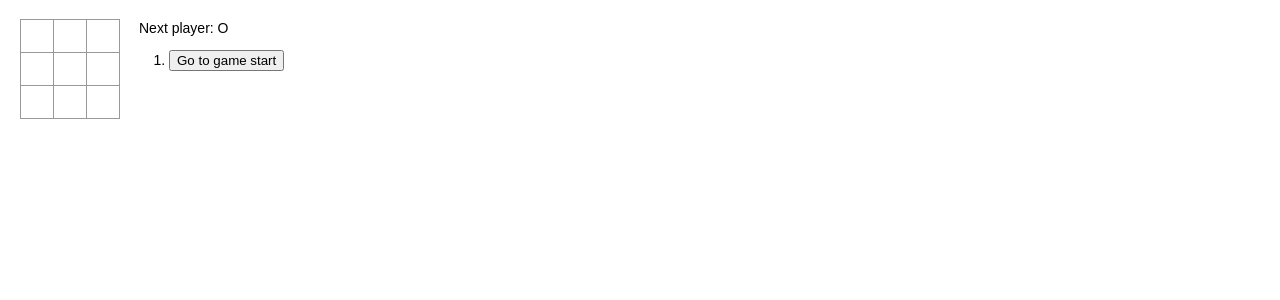
Repository: yshong211/tic-tac-toe-0708
Page: /
These files come from the project's save history. The page is drawn as it stood at one moment and after the next save; the edit follows.
The browser window is 1280 px wide. The pictures show the whole page.
The project was rebuilt for these pictures with package versions that can differ from the ones it lists, and the page was loaded fresh each time.

Above is the page before, as saved 2020-06-28 13:35:17.

### src/index.js
import React from 'react';
import ReactDOM from 'react-dom';
import './index.css';

function Square(props) {
  // gets value and onClick from renderSquare
  return (
    <button className = "square" onClick = {props.onClick}>
      {props.value}
    </button>
    );
}

  class Board extends React.Component {
    renderSquare(i) {
      // value and onclick transfers to component Square
      return(
        <Square
          // this.props.attr gets the val from <Board attr= >
          value={this.props.squares[i]} // got val from {current.squares}
          onClick={() => this.props.onClick(i)} // got val from {i => this.handleClick(i)}
        />
      );
    }
    create_row(start) { // creates row length of 3, var start is the starting index
      return (
        <div className="board-row">
          {this.renderSquare(start)}
          {this.renderSquare(start+1)}
          {this.renderSquare(start+2)}
        </div>)
    }
    render() { // renders 9 squares
      return (
        <div>
          {this.create_row(0)} {/* creates the first row */}
          {this.create_row(3)} {/* creates the second row */}
          {this.create_row(6)} {/* creates the third row */}
        </div>
      );
    }
  }
  // renders the game display
  class Game extends React.Component {
    constructor(props) { // constructs with vals
      super(props); // constructor starts with super(), able to use functions in Board
                    // call super when defining the constructor of a subclass
      this.state = {
        history: [ // [{squares:[Array(9).fill(null)]}]
          {
            squares: Array(9).fill(null)
          }
        ],
        stepNumber: 0, // count var
        xIsNext: Math.random() < 0.5 // made random for which player goes first (50% each)
      };
    }
    handleClick(i) {
      const history = this.state.history.slice(0, this.state.stepNumber + 1);
      const current = history[history.length - 1]; // current history
      const squares = current.squares.slice(); // copying array using .slice() because of immutability
      if (calculateWinner(squares) || squares[i]) { // ends the game
        return;
      }
      squares[i] = this.state.xIsNext ? 'X' : 'O';
      this.setState({
        history: history.concat([{ // concatenates {squares: array(9)} inside history array
          squares: squares
        }]),
        stepNumber: history.length,
        xIsNext: !this.state.xIsNext // changes to opponent
      });
    }
    jumpTo(step) {
      this.setState({
        stepNumber: step,
        xIsNext: (step % 2) === 0 // changes turn
      });
    }
    render() {
      const history = this.state.history;
      const current = history[this.state.stepNumber];
      const winner = calculateWinner(current.squares);

      const moves = history.map((step, move) => {
        const desc = move ? // creates the text inside each button for tracking
          'Go to move #' + move :
          'Go to game start';
        return (
          <li key={move}>
            <button onClick={() => this.jumpTo(move)}>{desc}</button>
          </li>
        );

      });
      let status;
      winner ? status = 'Winner: ' + winner :
      status = 'Next player: ' + (this.state.xIsNext ? 'X' : 'O');

      return (
        <div className="game">
          <div className="game-board">
            <Board // exports the values of attr to Board component
              squares={current.squares}
              onClick={i => this.handleClick(i)}
            />
          </div>
          <div className="game-info">
            <div>{status}</div>
            <ol>{moves}</ol>
          </div>
        </div>
      );
    }
  }

  // ========================================

  // renders the game component to element
  ReactDOM.render(
    <Game />, // goes inside of the the second parameter;
    document.getElementById('root') // returns <div id = "root"></div>
  );

  function calculateWinner(squares) {
    const lines = [ // Contains all the possible way of winning
      [0, 1, 2],
      [3, 4, 5],
      [6, 7, 8],
      [0, 3, 6],
      [1, 4, 7],
      [2, 5, 8],
      [0, 4, 8],
      [2, 4, 6],
    ];

    for (let i = 0; i < lines.length; i++) {
      const [a, b, c] = lines[i];
      if (squares[a] && squares[a] === squares[b] && squares[a] === squares[c]) {
        return squares[a];
    }}

    return null;
  }

### src/index.css
body {
    font: 14px "Century Gothic", Futura, sans-serif; /* size, 글꼴들 */
    margin: 20px; /* space outside of border */
  }

  ol, ul {
    padding-left: 30px; /* space b/t left border to content */
  }

  .board-row:after {
    clear: both;
    content: "";
    display: table;
  }

  .status {
    margin-bottom: 10px; /* 밑에 여백 */
  }

  .square {
    background: #fff;
    border: 1px solid #999;
    float: left;
    font-size: 24px;
    font-weight: bold;
    line-height: 34px;
    height: 34px;
    margin-right: -1px;
    margin-top: -1px;
    padding: 0;
    text-align: center; /* text in the middle */
    width: 34px;
  }

  .square:focus {
    outline: none;
  }

  .kbd-navigation .square:focus {
    background: #ddd;
  }

  .game {
    display: flex;
    flex-direction: row;
  }

  .game-info {
    margin-left: 20px;
  }

Loaded but not shown: public/index.html (common file)

After the next save:
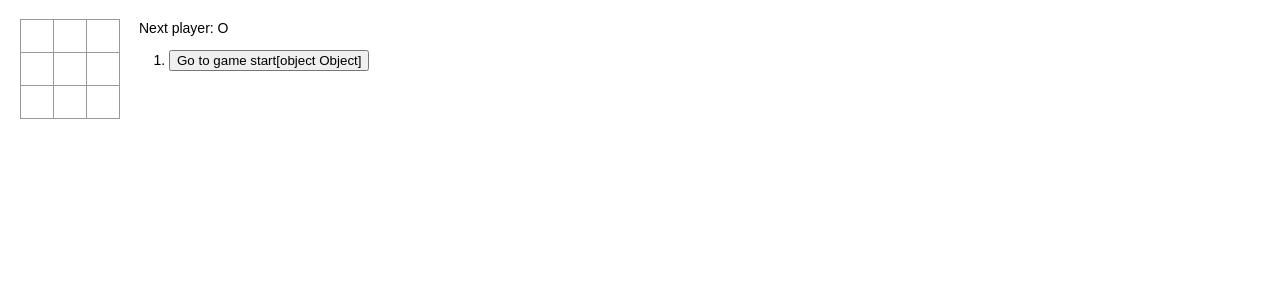
Saved 6 min 43 s later.
--- a/src/index.js
+++ b/src/index.js
@@ -85,7 +85,7 @@
       const moves = history.map((step, move) => {
         const desc = move ? // creates the text inside each button for tracking
           'Go to move #' + move :
-          'Go to game start';
+          'Go to game start' + step;
         return (
           <li key={move}>
             <button onClick={() => this.jumpTo(move)}>{desc}</button>

After the save that followed:
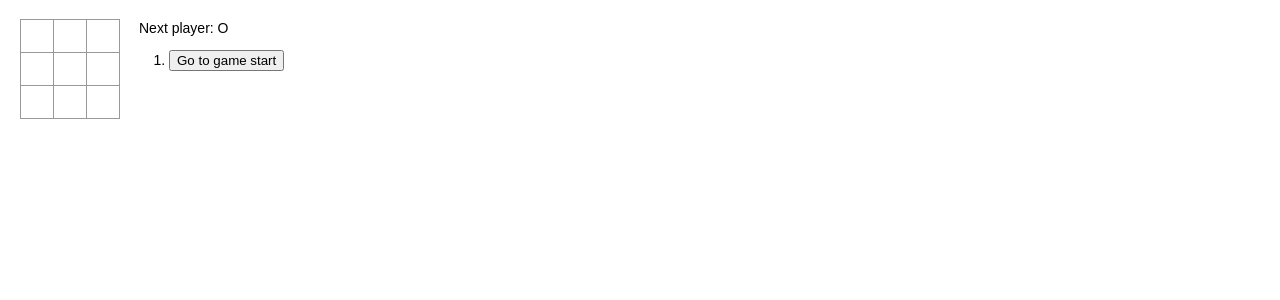
Saved 20 s later.
--- a/src/index.js
+++ b/src/index.js
@@ -85,7 +85,7 @@
       const moves = history.map((step, move) => {
         const desc = move ? // creates the text inside each button for tracking
           'Go to move #' + move :
-          'Go to game start' + step;
+          'Go to game start';
         return (
           <li key={move}>
             <button onClick={() => this.jumpTo(move)}>{desc}</button>
